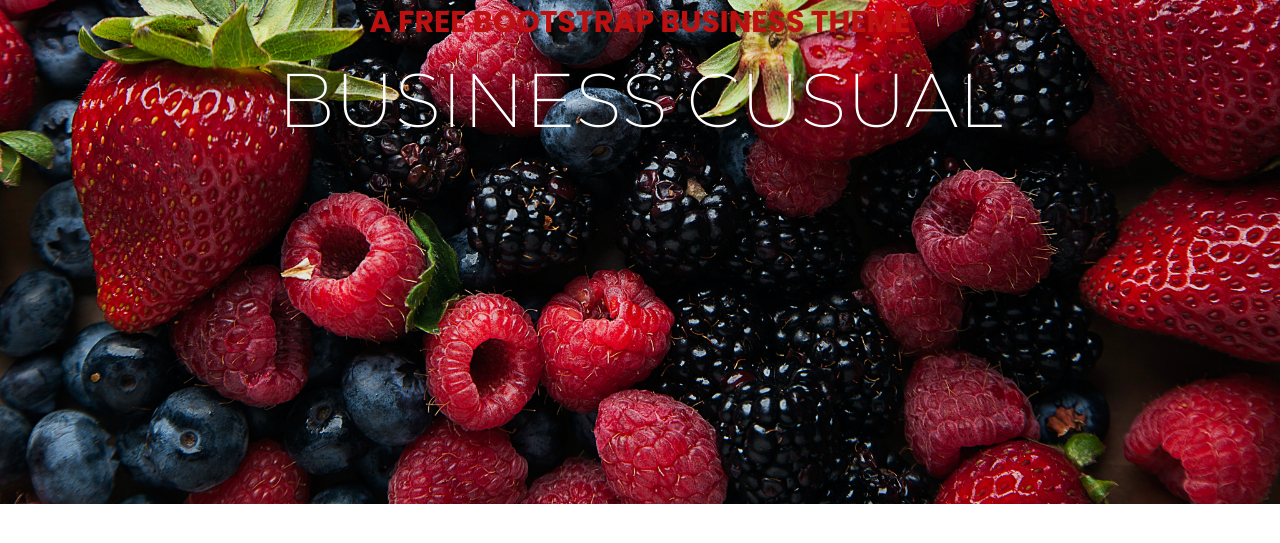
Repository: wadelfadill/tache_7_Business_bootstrap_theme
Page: index.html
These files come from the project's save history. The page is drawn as it stood at one moment and after the next save; the edit follows.
The browser window is 1280 px wide. The pictures show the whole page.

Above is the page before, as saved 2023-04-27 12:13:49.

### index.html
<!DOCTYPE html>
<html lang="en">
<head>
    <meta charset="UTF-8">
    <meta http-equiv="X-UA-Compatible" content="IE=edge">
    <meta name="viewport" content="width=device-width, initial-scale=1.0">
    <!------ title of website ------>
    <title>Business website</title>
    <!------ Bootstrap cdn link ------>
    <link href="https://cdn.jsdelivr.net/npm/bootstrap@5.1.3/dist/css/bootstrap.min.css" rel="stylesheet" integrity="sha384-1BmE4kWBq78iYhFldvKuhfTAU6auU8tT94WrHftjDbrCEXSU1oBoqyl2QvZ6jIW3" crossorigin="anonymous">
    <!------- css link -------------->
    <link rel="stylesheet" href="style.css">
    <!---------Google Fonts links ---------->
    <link rel="preconnect" href="https://fonts.googleapis.com">
    <link rel="preconnect" href="https://fonts.gstatic.com" crossorigin>
    <link href="https://fonts.googleapis.com/css2?family=Montserrat:wght@100;200;400;700&family=Poppins:wght@700&display=swap" rel="stylesheet">

</head>
<body>
    <!-- ========== Start Header Section ========== -->
    <header id="header">
        <h2 class="first_title text-center">A FREE BOOTSTRAP BUSINESS THEME</h2>
        <h1 class="second_title text-center">BUSINESS CUSUAL</h1>
    </header>
    <!-- ========== End Header Section ========== -->





    <!------ Bootstrap script -------->
    <script src="https://cdn.jsdelivr.net/npm/bootstrap@5.1.3/dist/js/bootstrap.bundle.min.js" integrity="sha384-ka7Sk0Gln4gmtz2MlQnikT1wXgYsOg+OMhuP+IlRH9sENBO0LRn5q+8nbTov4+1p" crossorigin="anonymous"></script>
</body>
</html>

### style.css
/* ===== General ====== */

:root{
    --red-color: #BD1111;
    --bg-red:#490909;
    --white-color: #FFFFFF;
    --black-color: #000000;
    --bg-beize:#F6E1C5;
    --bg-red-black: #311919;
    --bg-red-opac:rgba(165, 52, 43, 0.69);
    --red-border: #CD5449;
}
*{
    margin: 0;
    padding: 0;
}
body{
    padding: 0;
    margin: 0;
    background-image: url("images/1.jpeg"), linear-gradient(rgba(34, 24, 24, 0.6), rgba(34, 24, 24, 0.6));
    background-position: center;
    background-size: cover;
    background-repeat: no-repeat;
}
/* ===== squelette ====== */
/* ===== header section ====== */
#header .first_title{
    font-family: 'Poppins';
    font-style: normal;
    font-weight: 700;
    font-size: 30px;
    line-height: 45px;
    color: var(--red-color);
}
#header .second_title{
    font-family: 'Montserrat';
    font-style: normal;
    font-weight: 200;
    font-size: 76px;
    line-height: 93px;
    color: var(--white-color);
}

After the next save:
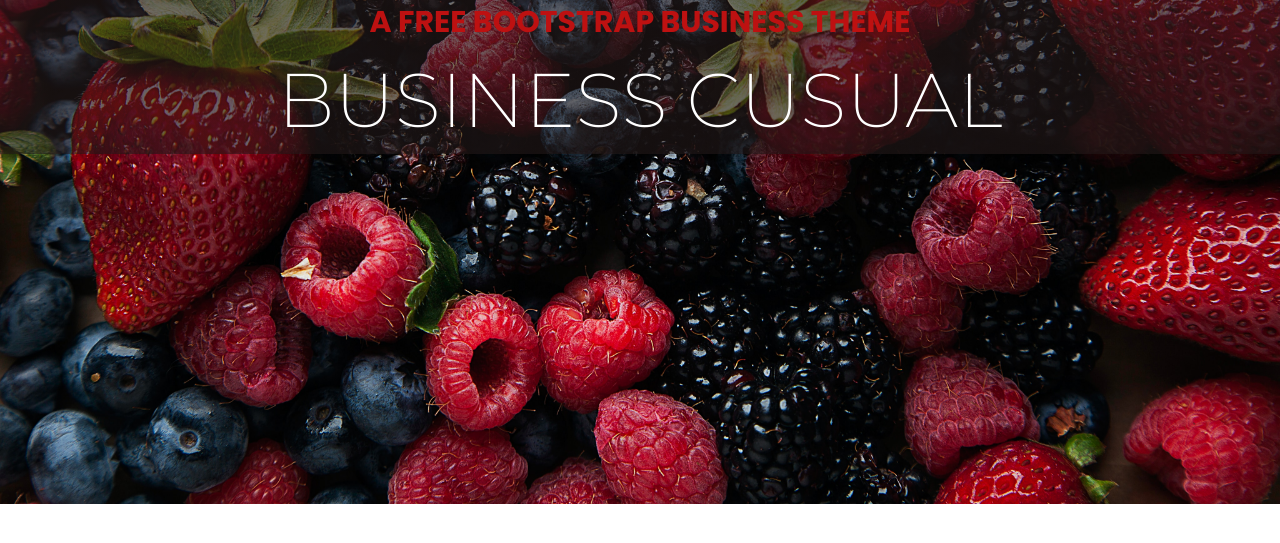
Saved 27 s later.
--- a/style.css
+++ b/style.css
@@ -17,7 +17,7 @@
 body{
     padding: 0;
     margin: 0;
-    background-image: url("images/1.jpeg"), linear-gradient(rgba(34, 24, 24, 0.6), rgba(34, 24, 24, 0.6));
+    background-image: linear-gradient(rgba(34, 24, 24, 0.6), rgba(34, 24, 24, 0.6)), url("images/1.jpeg");
     background-position: center;
     background-size: cover;
     background-repeat: no-repeat;
